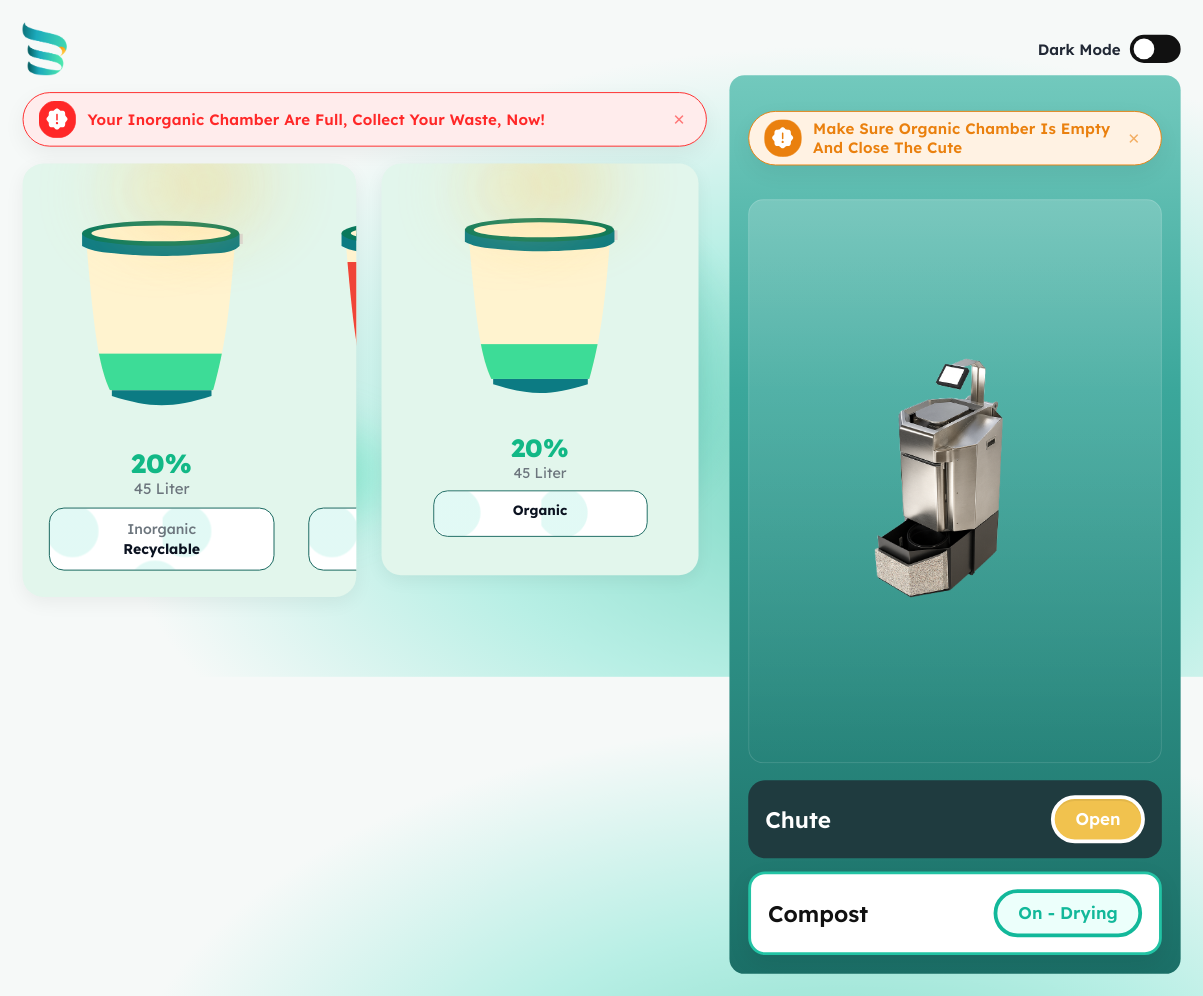
Repository: william-saputra/nusabin
Page: pages/homepage.html
An editor plug-in stored every save of this project. The page is shown before and after the next save, followed by the edit.
The browser window is 1280 px wide. The pictures show the whole page, at 94% of full size.
Backgrounds fixed to the window are drawn as part of the page.

Above is the page before, as saved 2025-08-12 23:41:40.

### pages/homepage.html
<!DOCTYPE html>
<html lang="en">
  <head>
    <meta charset="UTF-8" />
    <meta name="viewport" content="width=device-width, initial-scale=1.0" />
    <title>Nusabin – Homepage</title>
    <link rel="preconnect" href="https://fonts.googleapis.com" />
    <link rel="preconnect" href="https://fonts.gstatic.com" crossorigin />
    <link href="https://fonts.googleapis.com/css2?family=Lexend:wght@400;500;600;700;800&family=Inter:wght@400;500;600;700;800&display=swap" rel="stylesheet" />
    <link rel="stylesheet" href="../styles/base.css" />
    <link rel="stylesheet" href="../styles/pages/homepage.css" />
  </head>
  <body>
    <div class="homepage no-nav">
      <header class="topbar no-nav">
        <img src="../assets/images/green_logo.png" alt="Nusabin" class="logo no-nav" />
        <div class="spacer no-nav"></div>
        <div class="theme-toggle no-nav">
          <span class="label no-nav">Dark Mode</span>
          <label class="switch no-nav">
            <input id="dark-toggle" class="no-nav" type="checkbox" />
            <span class="slider round no-nav"></span>
          </label>
        </div>
      </header>

      <main class="layout">
        <div class="left-col">
          <section class="alerts no-nav">
            <div class="alert pill no-nav" data-variant="danger" data-alert-id="left-alert">
              <img class="alert-icon" src="../assets/icons/red_alert.svg" alt="alert" width="40" height="40" />
              <div class="text no-nav">Your Inorganic Chamber Are Full, Collect Your Waste, Now!</div>
              <button class="close no-nav" data-dismiss>
                <span class="no-nav">&#10005;</span>
              </button>
            </div>
          </section>
          <div class="left-grid clickable-area" data-navigate>
          <div class="card card-buckets">
            <div class="bucket-group">
              <div class="bucket-item" data-id="inorganic_recyclable">
                <svg class="bucket-svg" viewBox="0 0 197 216" aria-labelledby="title-ir" role="img">
                  <title id="title-ir">Inorganic Recyclable</title>
                  <defs>
                    <clipPath id="cupShape-inorganic_recyclable">
                      <path d="M53.3367 175.048C43.8761 154.841 39.492 126.346 33.0561 49.7143L162.041 52.148C157.42 108.314 153.879 136.877 143.383 175.048C107.592 183.612 87.9058 183.201 53.3367 175.048Z" />
                    </clipPath>
                  </defs>
                  <path d="M53.3367 175.048C43.8761 154.841 39.492 126.346 33.0561 49.7143L162.041 52.148C157.42 108.314 153.879 136.877 143.383 175.048C107.592 183.612 87.9058 183.201 53.3367 175.048Z" fill="#FFF3CF" />
                  <rect id="cupFill-inorganic_recyclable" x="0" y="175" width="197" height="0" clip-path="url(#cupShape-inorganic_recyclable)" />
                  <path d="M55 179.937V175H142V179.937C107.725 190.783 88.6686 190.592 55 179.937Z" fill="#0C7B83" />
                  <rect x="166.097" y="38.3571" width="3.2449" height="8.92347" fill="#D9D9D9" />
                  <path d="M29 48.9031V38.3571H166.503V48.9031C162.244 52.8888 157.731 54.2809 146.222 55.3929C109.605 58.2432 89.8065 58.6723 56.9872 55.3929C42.0852 54.0832 36.1288 52.6188 29 48.9031Z" fill="#0C7B83" />
                  <ellipse cx="97.5485" cy="37.9515" rx="68.5485" ry="10.9515" fill="#08785B" />
                  <ellipse cx="97.9541" cy="37.9515" rx="60.8418" ry="6.89541" fill="#FFF3CF" />
                </svg>
                <div class="bucket-metrics">
                  <div class="percent" data-percent>0%</div>
                  <div class="liter" data-liter>0 Liter</div>
                </div>
                <div class="chip chip-2line"><span>Inorganic</span><strong>Recyclable</strong></div>
              </div>

              <div class="bucket-item" data-id="inorganic_non_recyclable">
                <svg class="bucket-svg" viewBox="0 0 197 216" aria-labelledby="title-inr" role="img">
                  <title id="title-inr">Inorganic <br>Non-Recyclable</title>
                  <defs>
                    <clipPath id="cupShape-inorganic_non_recyclable">
                      <path d="M53.3367 175.048C43.8761 154.841 39.492 126.346 33.0561 49.7143L162.041 52.148C157.42 108.314 153.879 136.877 143.383 175.048C107.592 183.612 87.9058 183.201 53.3367 175.048Z" />
                    </clipPath>
                  </defs>
                  <path d="M53.3367 175.048C43.8761 154.841 39.492 126.346 33.0561 49.7143L162.041 52.148C157.42 108.314 153.879 136.877 143.383 175.048C107.592 183.612 87.9058 183.201 53.3367 175.048Z" fill="#FFF3CF" />
                  <rect id="cupFill-inorganic_non_recyclable" x="0" y="175" width="197" height="0" clip-path="url(#cupShape-inorganic_non_recyclable)" />
                  <path d="M55 179.937V175H142V179.937C107.725 190.783 88.6686 190.592 55 179.937Z" fill="#0C7B83" />
                  <rect x="166.097" y="38.3571" width="3.2449" height="8.92347" fill="#D9D9D9" />
                  <path d="M29 48.9031V38.3571H166.503V48.9031C162.244 52.8888 157.731 54.2809 146.222 55.3929C109.605 58.2432 89.8065 58.6723 56.9872 55.3929C42.0852 54.0832 36.1288 52.6188 29 48.9031Z" fill="#0C7B83" />
                  <ellipse cx="97.5485" cy="37.9515" rx="68.5485" ry="10.9515" fill="#08785B" />
                  <ellipse cx="97.9541" cy="37.9515" rx="60.8418" ry="6.89541" fill="#FFF3CF" />
                </svg>
                <div class="bucket-metrics">
                  <div class="percent" data-percent>0%</div>
                  <div class="liter" data-liter>0 Liter</div>
                </div>
                <div class="chip chip-2line"><span>Inorganic</span><strong>Non-Recyclable</strong></div>
              </div>
            </div>
          </div>

          <div class="card card-bucket-single">
            <div class="bucket-item" data-id="organic">
              <svg class="bucket-svg" viewBox="0 0 197 216" aria-labelledby="title-org" role="img">
                <title id="title-org">Organic</title>
                <defs>
                  <clipPath id="cupShape-organic">
                    <path d="M53.3367 175.048C43.8761 154.841 39.492 126.346 33.0561 49.7143L162.041 52.148C157.42 108.314 153.879 136.877 143.383 175.048C107.592 183.612 87.9058 183.201 53.3367 175.048Z" />
                  </clipPath>
                </defs>
                <path d="M53.3367 175.048C43.8761 154.841 39.492 126.346 33.0561 49.7143L162.041 52.148C157.42 108.314 153.879 136.877 143.383 175.048C107.592 183.612 87.9058 183.201 53.3367 175.048Z" fill="#FFF3CF" />
                <rect id="cupFill-organic" x="0" y="175" width="197" height="0" clip-path="url(#cupShape-organic)" />
                <path d="M55 179.937V175H142V179.937C107.725 190.783 88.6686 190.592 55 179.937Z" fill="#0C7B83" />
                <rect x="166.097" y="38.3571" width="3.2449" height="8.92347" fill="#D9D9D9" />
                <path d="M29 48.9031V38.3571H166.503V48.9031C162.244 52.8888 157.731 54.2809 146.222 55.3929C109.605 58.2432 89.8065 58.6723 56.9872 55.3929C42.0852 54.0832 36.1288 52.6188 29 48.9031Z" fill="#0C7B83" />
                <ellipse cx="97.5485" cy="37.9515" rx="68.5485" ry="10.9515" fill="#08785B" />
                <ellipse cx="97.9541" cy="37.9515" rx="60.8418" ry="6.89541" fill="#FFF3CF" />
              </svg>
              <div class="bucket-metrics">
                <div class="percent" data-percent>0%</div>
                <div class="liter" data-liter>0 Liter</div>
              </div>
              <div class="chip chip-2line"><strong>Organic</strong></div>
            </div>
          </div>
          </div>
        </div>

        <aside class="right-panel">
          <section class="alerts no-nav">
            <div class="alert pill no-nav" data-variant="warning" data-alert-id="right-alert">
              <img class="alert-icon" src="../assets/icons/orange_alert.svg" alt="alert" width="40" height="40" />
              <div class="text no-nav">Make Sure Organic Chamber Is Empty And Close The Cute</div>
              <button class="close no-nav" data-dismiss>
                <span class="no-nav">&#10005;</span>
              </button>
            </div>
          </section>
          <div class="machine-wrapper">
            <img src="../assets/images/machine.png" alt="Machine" class="machine" />
          </div>
          <div class="status-panel no-nav">
            <div class="status-row variant-dark no-nav">
              <div class="label no-nav">Chute</div>
              <div class="status-pill pill-open no-nav">Open</div>
            </div>
            <div class="status-row variant-light no-nav">
              <div class="label no-nav">Compost</div>
              <div class="status-pill pill-on no-nav">On - Drying</div>
            </div>
          </div>
        </aside>
      </main>
    </div>

    <script src="../scripts/theme.js"></script>
    <script src="../scripts/main.js"></script>
  </body>
  </html>

### styles/base.css
:root {
  --bg: #f6f9f8;
  --card: #ffffff;
  --text: #0b1220;
  --muted: #6b7280;
  --primary: #1cb59b;
  --danger: #e53935;
  --warning: #ffb74d;
  --ring: rgba(28, 181, 155, 0.35);
}

* { box-sizing: border-box; }
html, body { height: 100%; }
body {
  margin: 0;
  font-family: Lexend, Inter, system-ui, -apple-system, Segoe UI, Roboto, Helvetica, Arial, "Apple Color Emoji", "Segoe UI Emoji";
  color: var(--text);
  background: radial-gradient(1200px 700px at 70% 70%, #7ed8c4 0%, #b8efe5 35%, #f6f9f8 65%) no-repeat fixed;
}

/* Generic layout */
.homepage { padding: 24px; }
.topbar { display: flex; align-items: center; gap: 16px; }
.spacer { flex: 1 1 auto; }
.logo { height: 56px; }

.theme-toggle { display: flex; align-items: center; gap: 10px; font-weight: 600; }
.theme-toggle .label { opacity: 0.9; }

/* Toggle */
.switch { position: relative; display: inline-block; width: 54px; height: 30px; }
.switch input { display: none; }
.slider { position: absolute; cursor: pointer; top: 0; left: 0; right: 0; bottom: 0; background: #111; transition: .2s; border-radius: 999px; }
.slider:before { position: absolute; content: ""; height: 22px; width: 22px; left: 4px; bottom: 4px; background: #fff; transition: .2s; border-radius: 50%; }
input:checked + .slider { background: #cdd2d6; }
input:checked + .slider:before { transform: translateX(24px); }

/* Alerts */
.alerts { display: grid; grid-template-columns: 1fr; gap: 12px; margin: 18px 0; }
.alert { display: grid; grid-template-columns: auto 1fr auto; align-items: center; gap: 12px; padding: 8px 16px; border-radius: 50px; box-shadow: 0 8px 24px rgba(0,0,0,.06); font-family: Lexend, Inter, sans-serif; border: 1px solid currentColor; }
.alert .text { font-weight: 600; letter-spacing: .2px; }
.alert .close { appearance: none; border: 0; background: transparent; cursor: pointer; opacity: 0.6; font-size: 16px; color: inherit; }
.alert.pill[data-variant="danger"] { color: #FF2828; background: #FFECEC; }
.alert.pill[data-variant="warning"] { color: #EA800E; background: #FFF2E3; }
.alert-icon { flex: 0 0 auto; width: 40px; height: 40px; }

/* Main layout */
.layout { display: grid; grid-template-columns: 1.35fr 480px; gap: 24px; align-items: start; }
.left-col { display: block; }
.left-grid { display: grid; grid-template-columns: 1fr 1fr; gap: 18px; }

.card { background: var(--card); border-radius: 22px; padding: 28px; box-shadow: 0 6px 20px rgba(0,0,0,.06); position: relative; overflow: hidden; }
.card::before, .card::after { content: ""; position: absolute; pointer-events: none; border-radius: 50%; filter: blur(40px); opacity: 0.9; }
.card::before { width: 260px; height: 180px; top: -70px; right: 30px; background: radial-gradient(closest-side, rgba(255,189,57,0.55), rgba(255,189,57,0) 70%); }
.card::after  { width: 220px; height: 160px; top: -50px; left: 40%; transform: translateX(-50%); background: radial-gradient(closest-side, rgba(255,225,149,0.55), rgba(255,225,149,0) 70%); }
.card-buckets { display: block; background: #E2F6EC; min-height: 460px; }
.card-bucket-single { display: block; background: #E2F6EC; min-height: 420px; transform: scale(.95); transform-origin: top center; }

.bucket-group { display: grid; grid-template-columns: 1fr 1fr; gap: 36px; justify-items: center; }
.bucket-item { display: grid; justify-items: center; gap: 10px; }
.bucket-svg { width: 100%; max-width: 240px; height: auto; display: block; }
.bucket-static { pointer-events: none; }

.bucket-metrics { text-align: center; }
.bucket-metrics .percent { font-weight: 800; font-size: 28px; color: #12B886; }
.bucket-metrics .percent.danger { color: #F44336; }
.bucket-metrics .liter { color: #6C757D; font-size: 16px; }

.chip { display: inline-flex; flex-direction: column; align-items: center; gap: 4px; padding: 14px 22px; border-radius: 16px; background: #fff; border: 1.5px solid #0B5F57; font-size: 16px; line-height: 1.1; min-height: 52px; min-width: 240px; }
.chip span { color: #6C757D; font-weight: 500; }
.chip strong { font-weight: 700; }
.chip-positive strong { color: #12B886; }
.chip-negative strong { color: #F44336; }
.chip {
  background-image: radial-gradient(circle at 20% 20%, rgba(13, 207, 173, 0.12) 0 20%, rgba(13, 207, 173, 0) 21%),
                    radial-gradient(circle at 80% 60%, rgba(13, 207, 173, 0.12) 0 20%, rgba(13, 207, 173, 0) 21%);
  background-size: 120px 120px, 140px 140px;
}

.chip-2line { font-size: 15px; }

.right-panel { display: grid; grid-template-rows: 1fr auto; gap: 18px; }
.right-panel { background: linear-gradient(180deg, #72c9bd 0%, #3ba79b 35%, #1b6f67 100%); padding: 20px; border-radius: 16px; }
.machine-wrapper { display: grid; place-items: center; background: linear-gradient(180deg, rgba(255,255,255,0.18), rgba(255,255,255,0)); border-radius: 16px; min-height: 600px; box-shadow: inset 0 0 0 1px rgba(255,255,255,0.15); }
.machine { max-width: 96%; height: auto; object-fit: contain; }

.status-panel { background: transparent; border-radius: 16px; padding: 0; display: grid; gap: 16px; }
.status-row { display: flex; align-items: center; justify-content: space-between; padding: 16px 18px; border-radius: 18px; }
.status-row .label { font-weight: 600; font-size: 24px; }
.status-row.variant-dark { background: #1f3b3f; color: #ffffff; }
.status-row.variant-light { background: #ffffff; color: #111; border: 3px solid #22c3a4; box-shadow: 0 8px 24px rgba(0,0,0,.08); }
.status-pill { border-radius: 999px; padding: 10px 22px; font-weight: 600; font-size: 18px; }
.pill-open { background: #f1c24e; color: #ffffff; border: 4px solid #ffffff; box-shadow: 0 2px 0 rgba(0,0,0,.06) inset; }
.pill-on { background: #ecfffb; color: #12b89a; border: 4px solid #12b89a; }

.clickable-area { cursor: pointer; }

/* Decorative half-circle with glow on the left bottom */
.left-col { position: relative; }
.left-col::after { content: ""; position: absolute; left: 50%; transform: translateX(-10%); bottom: -40px; width: 560px; height: 560px; border-bottom-left-radius: 560px; border-bottom-right-radius: 560px; border-top-left-radius: 560px; border-top-right-radius: 560px; background: radial-gradient(closest-side, rgba(28,181,155,0.55), rgba(28,181,155,0) 70%); filter: blur(6px); z-index: -1; }
.left-col::before { content: ""; position: absolute; left: 40%; transform: translateX(-50%); bottom: 20px; width: 380px; height: 220px; border-radius: 380px 380px 0 0; background: radial-gradient(closest-side, rgba(60,220,178,0.7), rgba(60,220,178,0) 70%); filter: blur(20px); z-index: -1; }

/* Dark mode */
.dark body, body.dark { background: radial-gradient(1200px 700px at 70% 70%, #0e3c3b 0%, #0f6b61 35%, #071b1a 65%); color: #e5f6f1; }
body.dark .card, body.dark .status-panel { background: #0a1414; color: #e6f5f1; }
body.dark .chip { background: #08201c; border-color: #0f3f36; }
body.dark .bucket-metrics .percent { color: #55e3c7; }
body.dark .status-row { background: #051010; }
body.dark .status-pill { background: #0b2a26; }

/* Utilities for specific wrappers that shouldn't navigate */
.no-nav { pointer-events: auto; }

@media (max-width: 1100px) {
  .layout { grid-template-columns: 1fr; }
  .right-panel { order: -1; }
}

### styles/pages/homepage.css
/* Page-specific fine-tuning for Homepage */
.homepage .card-buckets { background: #E2F6EC; }
.homepage .card-bucket-single { background: #E2F6EC; }

.homepage .bucket-item .bucket { filter: drop-shadow(0 10px 24px rgba(0,0,0,.08)); }
.homepage .bucket-item .percent { letter-spacing: .3px; }

.right-panel .status-panel { gap: 14px; }

@media (max-width: 1100px) {
  .homepage .bucket-svg { max-width: 180px; }
}

### scripts/theme.js
(function () {
  const toggle = document.getElementById('dark-toggle');
  if (!toggle) return;

  const apply = (isDark) => {
    document.body.classList.toggle('dark', isDark);
    try { localStorage.setItem('theme-dark', isDark ? '1' : '0'); } catch (_) {}
  };

  // Restore previous preference
  let stored = null;
  try { stored = localStorage.getItem('theme-dark'); } catch (_) {}
  apply(stored === '1');
  toggle.checked = stored === '1';

  toggle.addEventListener('change', () => apply(toggle.checked));
})();

### scripts/main.js
(function () {
  const root = document;

  // Navigate to detail when clicking anywhere on the left grid
  const clickable = root.querySelector('.clickable-area');
  if (clickable) {
    clickable.addEventListener('click', function (ev) {
      const target = ev.target;
      if (target && (target.closest('[data-dismiss]') || target.closest('.switch') || target.closest('.status-panel') || target.closest('.alerts'))) return;
      window.location.href = '../pages/detail.html';
    });
  }

  // Close alert buttons
  root.querySelectorAll('[data-dismiss]').forEach((btn) => {
    btn.addEventListener('click', (e) => {
      e.stopPropagation();
      const alert = btn.closest('.alert');
      if (alert) alert.remove();
    });
  });

  // Example: programmatic update of alert colors (kept for future use)
  function setAlertVariant(id, variant) {
    const el = root.querySelector('[data-alert-id="' + id + '"]');
    if (!el) return;
    el.setAttribute('data-variant', variant);
    const rect = el.querySelector('g > rect');
    if (rect) rect.setAttribute('fill', variant === 'danger' ? '#FF2828' : '#EA800E');
  }

  // Data dummy hardcoded
  const data = {
    inorganic_recyclable: { level: 20, volume: 45 },
    inorganic_non_recyclable: { level: 70, volume: 134 },
    organic: { level: 20, volume: 45 }
  };

  // Update function per spec
  function updateFill(binId, percent, volumeLiters) {
    const rect = root.getElementById('cupFill-' + binId);
    if (!rect) return;
    // Using actual bucket.svg coordinates: baseY aligns with ~175 (bottom of cup path), contentHeight approximated to inner cup height
    const contentHeight = 160; // adjustable based on real cup inner height
    const baseY = 175;
    const p = Math.max(0, Math.min(100, percent));
    const newHeight = (p / 100) * contentHeight;
    const newY = baseY - newHeight;
    rect.setAttribute('height', String(newHeight));
    rect.setAttribute('y', String(newY));
    rect.setAttribute('fill', p >= 70 ? '#F04438' : '#3DDC97');

    const item = root.querySelector('.bucket-item[data-id="' + binId + '"]');
    if (!item) return;
    const percentEl = item.querySelector('[data-percent]');
    const literEl = item.querySelector('[data-liter]');
    if (percentEl) {
      percentEl.textContent = p + '%';
      percentEl.classList.toggle('danger', p >= 70);
    }
    if (literEl) literEl.textContent = volumeLiters + ' Liter';
  }

  // Initialize
  Object.entries(data).forEach(([id, val]) => {
    updateFill(id, val.level, val.volume);
  });
})();

After the next save:
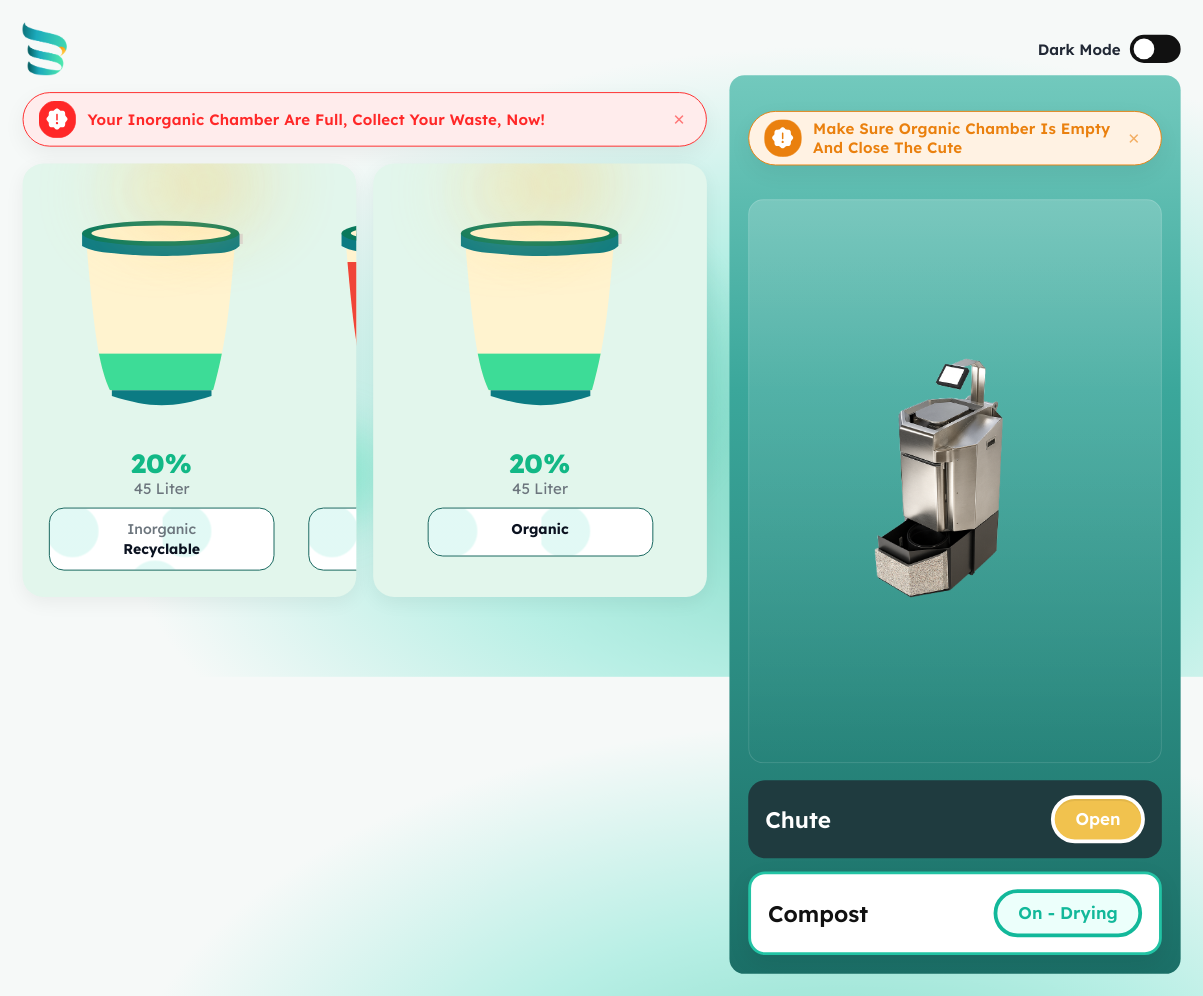
Saved 2 min 32 s later.
--- a/styles/base.css
+++ b/styles/base.css
@@ -54,7 +54,7 @@ input:checked + .slider:before { transform: translateX(24px); }
 .card::before { width: 260px; height: 180px; top: -70px; right: 30px; background: radial-gradient(closest-side, rgba(255,189,57,0.55), rgba(255,189,57,0) 70%); }
 .card::after  { width: 220px; height: 160px; top: -50px; left: 40%; transform: translateX(-50%); background: radial-gradient(closest-side, rgba(255,225,149,0.55), rgba(255,225,149,0) 70%); }
 .card-buckets { display: block; background: #E2F6EC; min-height: 460px; }
-.card-bucket-single { display: block; background: #E2F6EC; min-height: 420px; transform: scale(.95); transform-origin: top center; }
+.card-bucket-single { display: block; background: #E2F6EC; min-height: 460px; }
 
 .bucket-group { display: grid; grid-template-columns: 1fr 1fr; gap: 36px; justify-items: center; }
 .bucket-item { display: grid; justify-items: center; gap: 10px; }
@@ -66,7 +66,7 @@ input:checked + .slider:before { transform: translateX(24px); }
 .bucket-metrics .percent.danger { color: #F44336; }
 .bucket-metrics .liter { color: #6C757D; font-size: 16px; }
 
-.chip { display: inline-flex; flex-direction: column; align-items: center; gap: 4px; padding: 14px 22px; border-radius: 16px; background: #fff; border: 1.5px solid #0B5F57; font-size: 16px; line-height: 1.1; min-height: 52px; min-width: 240px; }
+.chip { display: inline-flex; flex-direction: column; align-items: center; gap: 4px; padding: 14px 22px; border-radius: 16px; background: #fff; border: 1.5px solid #0B5F57; font-size: 18px; line-height: 1.1; min-height: 52px; min-width: 240px; }
 .chip span { color: #6C757D; font-weight: 500; }
 .chip strong { font-weight: 700; }
 .chip-positive strong { color: #12B886; }
